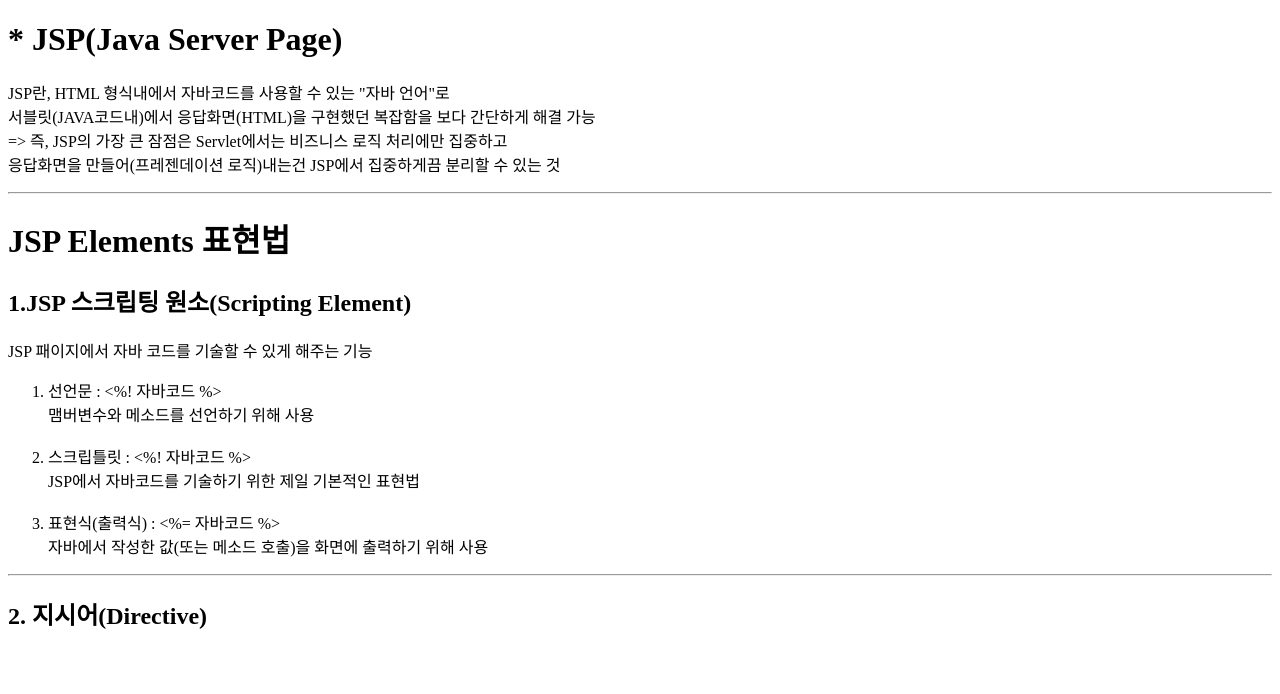
Repository: BrianH29/BH_webserver_workspace1
Page: webserver_workspace1/2_JSP/WebContent/index.html
These files come from the project's save history. The page is drawn as it stood at one moment and after the next save; the edit follows.
The browser window is 1280 px wide. The pictures show the whole page.

Above is the page before, as saved 2020-08-31 01:17:58.

After the next save:
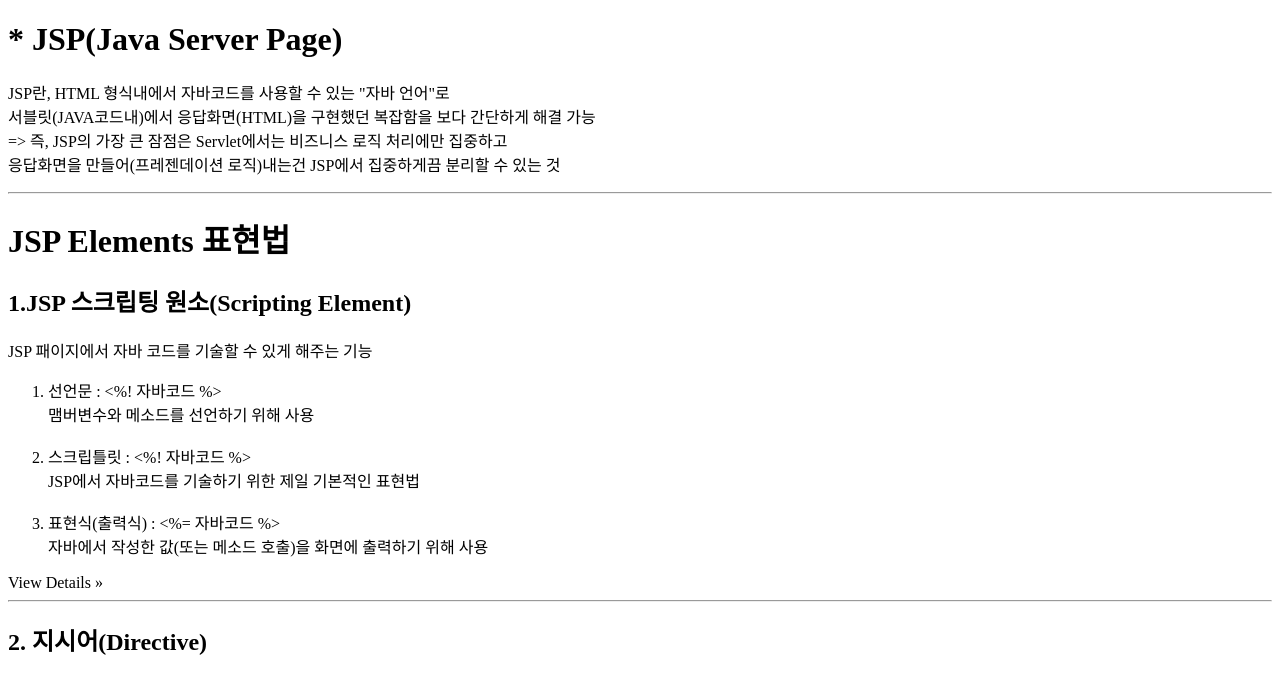
Saved 2 min 50 s later.
--- a/webserver_workspace1/2_JSP/WebContent/index.html
+++ b/webserver_workspace1/2_JSP/WebContent/index.html
@@ -37,7 +37,7 @@
 		</li>
 	</ol>
 
-
+	<a>View Details &raquo;</a>
 
 
 	<hr>
